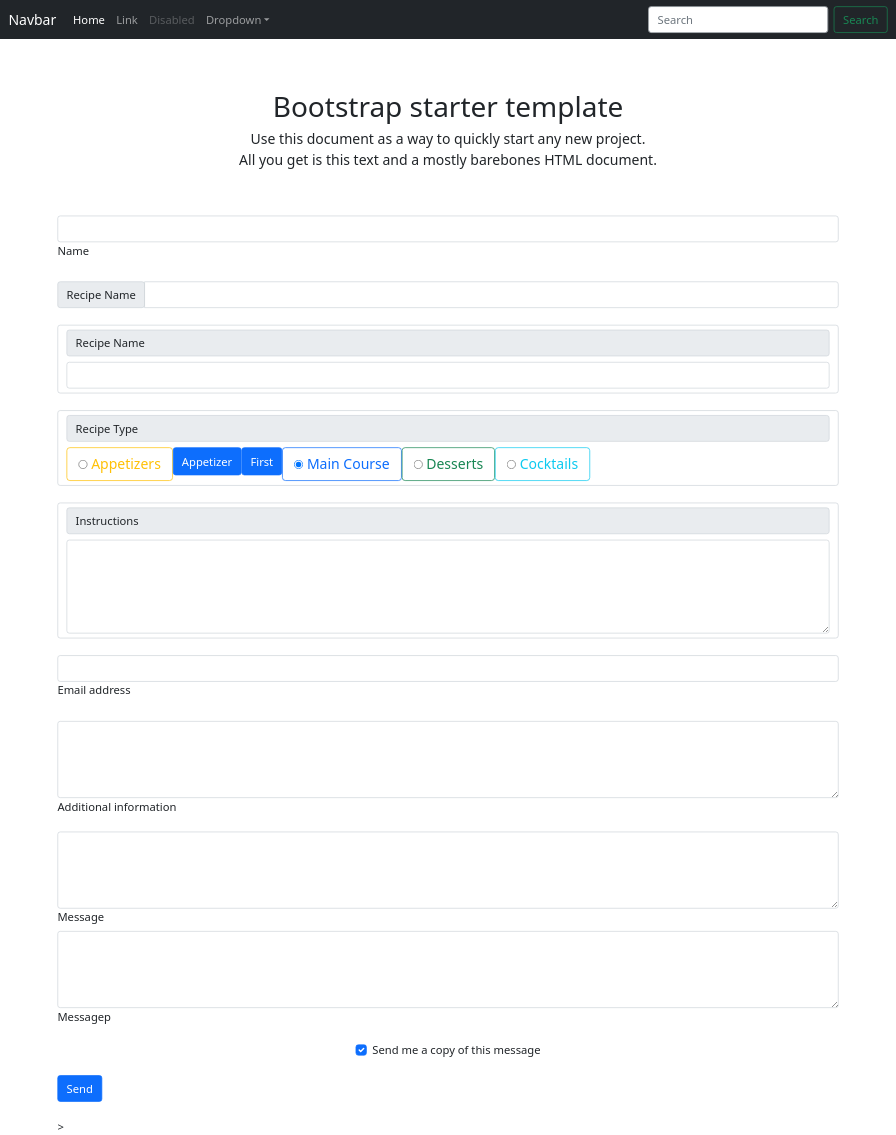
Repository: jerrywthompson/createRecipeWebpageHTML
Page: index.html
The author's editor kept a copy of each file at every save. The page is drawn from the files as they stood at one save, then again after the next save.
The browser window is 1280 px wide. The pictures show the whole page, at 70% of full size.

Above is the page before, as saved 2021-02-23 23:01:50.

### index.html
<!doctype html>
<html lang="en">
    <head>
        <meta charset="utf-8">
        <meta name="viewport" content="width=device-width, initial-scale=1">
        <meta name="description" content="">
        <meta name="author" content="Mark Otto, Jacob Thornton, and Bootstrap contributors">
        <meta name="generator" content="Hugo 0.80.0">
        <title>Starter Template · Bootstrap v5.0</title>

        <link rel="canonical" href="https://getbootstrap.com/docs/5.0/examples/starter-template/">



        <!-- Bootstrap core CSS -->
        <link href="../assets/dist/css/bootstrap.min.css" rel="stylesheet">

        <style>
            .bd-placeholder-img {
                font-size: 1.125rem;
                text-anchor: middle;
                -webkit-user-select: none;
                -moz-user-select: none;
                user-select: none;
            }

            @media (min-width: 768px) {
                .bd-placeholder-img-lg {
                    font-size: 3.5rem;
                }
            }
        </style>


        <!-- Custom styles for this template -->
        <link href="starter-template.css" rel="stylesheet">
    </head>
    <body>

        <nav class="navbar navbar-expand-md navbar-dark bg-dark fixed-top">
            <div class="container-fluid">
                <a class="navbar-brand" href="#">Navbar</a>
                <button class="navbar-toggler" type="button" data-bs-toggle="collapse" data-bs-target="#navbarsExampleDefault" aria-controls="navbarsExampleDefault" aria-expanded="false" aria-label="Toggle navigation">
                    <span class="navbar-toggler-icon"></span>
                </button>

                <div class="collapse navbar-collapse" id="navbarsExampleDefault">
                    <ul class="navbar-nav me-auto mb-2 mb-md-0">
                        <li class="nav-item">
                            <a class="nav-link active" aria-current="page" href="#">Home</a>
                        </li>
                        <li class="nav-item">
                            <a class="nav-link" href="#">Link</a>
                        </li>
                        <li class="nav-item">
                            <a class="nav-link disabled" href="#" tabindex="-1" aria-disabled="true">Disabled</a>
                        </li>
                        <li class="nav-item dropdown">
                            <a class="nav-link dropdown-toggle" href="#" id="dropdown01" data-bs-toggle="dropdown" aria-expanded="false">Dropdown</a>
                            <ul class="dropdown-menu" aria-labelledby="dropdown01">
                                <li><a class="dropdown-item" href="#">Action</a></li>
                                <li><a class="dropdown-item" href="#">Another action</a></li>
                                <li><a class="dropdown-item" href="#">Something else here</a></li>
                            </ul>
                        </li>
                    </ul>
                    <form class="d-flex">
                        <input class="form-control me-2" type="search" placeholder="Search" aria-label="Search">
                        <button class="btn btn-outline-success" type="submit">Search</button>
                    </form>
                </div>
            </div>
        </nav>



        <div class="starter-template text-center py-5 px-3">
            <h1>Bootstrap starter template</h1>
            <p class="lead">Use this document as a way to quickly start any new project.<br> All you get is this text and a mostly barebones HTML document.</p>
        </div>
        <main class="container">
            <div class="input-section">
                <fieldset class="form-group">

                    <form action="test.php" method="post">
                        <!-- Name input -->
                        <div class="form-outline mb-4">
                            <input type="text" name="recipeName" id="form4Example1" class="form-control" />
                            <label class="form-label" for="form4Example1">Name</label>
                        </div>

                        <div class="input-group mb-4">
                            <div class="input-group-prepend">
                                <span class="input-group-text" id="inputGroup-sizing-default">Recipe Name</span>
                            </div>
                            <input type="text" name="notes" class="form-control" aria-label="Default" aria-describedby="inputGroup-sizing-default">
                        </div>

                        <div class="form-control mb-4">
                            <div class="input-group-prepend mb-2">
                                <span class="input-group-text" id="inputGroup-sizing-default">Recipe Name</span>
                            </div>
                            <input type="text" name="notes" class="form-control" aria-label="Default" aria-describedby="inputGroup-sizing-default">
                        </div>

                        <div class="form-control mb-4">
                            <div class="input-group-prepend mb-2">
                                <span class="input-group-text" id="inputGroup-sizing-default">Recipe Type</span>
                            </div>
                            <div class="btn-toolbar pull-right">
                                <label class="btn btn-outline-warning btn-lg">
                                    <input type="radio" name="recipeType" id="appetizers" value="appetizers" autocomplete="off" > Appetizers
                                </label>
                                <button type="button" name="recipeType" id="appetizers" value="appetizers" autocomplete="off" class="btn btn-primary mr-5 ml-3 mb-2"> Appetizer</button>
                                <button type="button" class="btn btn-primary mr-2 mb-2">First</button>

                                <label class="btn btn-outline-primary btn-lg ml-3">
                                    <input type="radio" name="recipeType" id="main_course" value="main_course" autocomplete="off" checked> Main Course
                                </label>
                                <label class="btn btn-outline-success btn-lg">
                                    <input type="radio" name="recipeType" id="desserts" value="desserts" autocomplete="off"> Desserts
                                </label>
                                <label class="btn btn-outline-info btn-lg">
                                    <input type="radio" name="recipeType" id="cocktails" value="cocktails" autocomplete="off"> Cocktails
                                </label>
                            </div>
                        </div>

                        <div class="form-control mb-4">
                            <div class="input-group-prepend mb-2">
                                <span class="input-group-text">Instructions</span>
                            </div>
                            <textarea class="form-control" name="instrucions" id="instrucions" rows="5"></textarea>
                        </div>

                        <!-- Email input -->
                        <div class="form-outline mb-4">
                            <input type="email" id="form4Example2" class="form-control" />
                            <label class="form-label" for="form4Example2">Email address</label>
                        </div>

                        <div class="form-outline mb-4">
                            <textarea class="form-control" id="form6Example7" rows="4"></textarea>
                            <label class="form-label-prepend" >Additional information</label>
                        </div>

                        <div class="form-outline">
                            <textarea class="form-control" id="textAreaExample" rows="4"></textarea>
                            <label class="form-label" for="textAreaExample">Message</label>
                          </div>

                        <!-- Message input -->
                        <div class="form-outline mb-4">
                            <textarea class="form-control" name="comments" id="form4Example3" rows="4"></textarea>
                            <label class="form-label-prepend" for="form4Example3">Messagep</label>
                        </div>

                        <!-- Checkbox -->
                        <div class="form-check d-flex justify-content-center mb-4">
                            <input
                                class="form-check-input me-2"
                                type="checkbox"
                                value=""
                                id="form4Example4"
                                checked
                                />
                            <label class="form-check-label" for="form4Example4">
                                Send me a copy of this message
                            </label>
                        </div>

                        <!-- Submit button -->
                        <button type="submit" class="btn btn-primary btn-block mb-4">Send</button>
                    </form>

</fieldset>>




                    <script src="../assets/dist/js/bootstrap.bundle.min.js"></script>


                    </body>
                    </html>
                    <a href="../flask_db4/flaskblog/templates/create_post.html"></a>

Loaded but not shown: assets/dist/css/bootstrap.min.css (library); starter-template.css (common file); assets/dist/js/bootstrap.bundle.min.js (library)

After the next save:
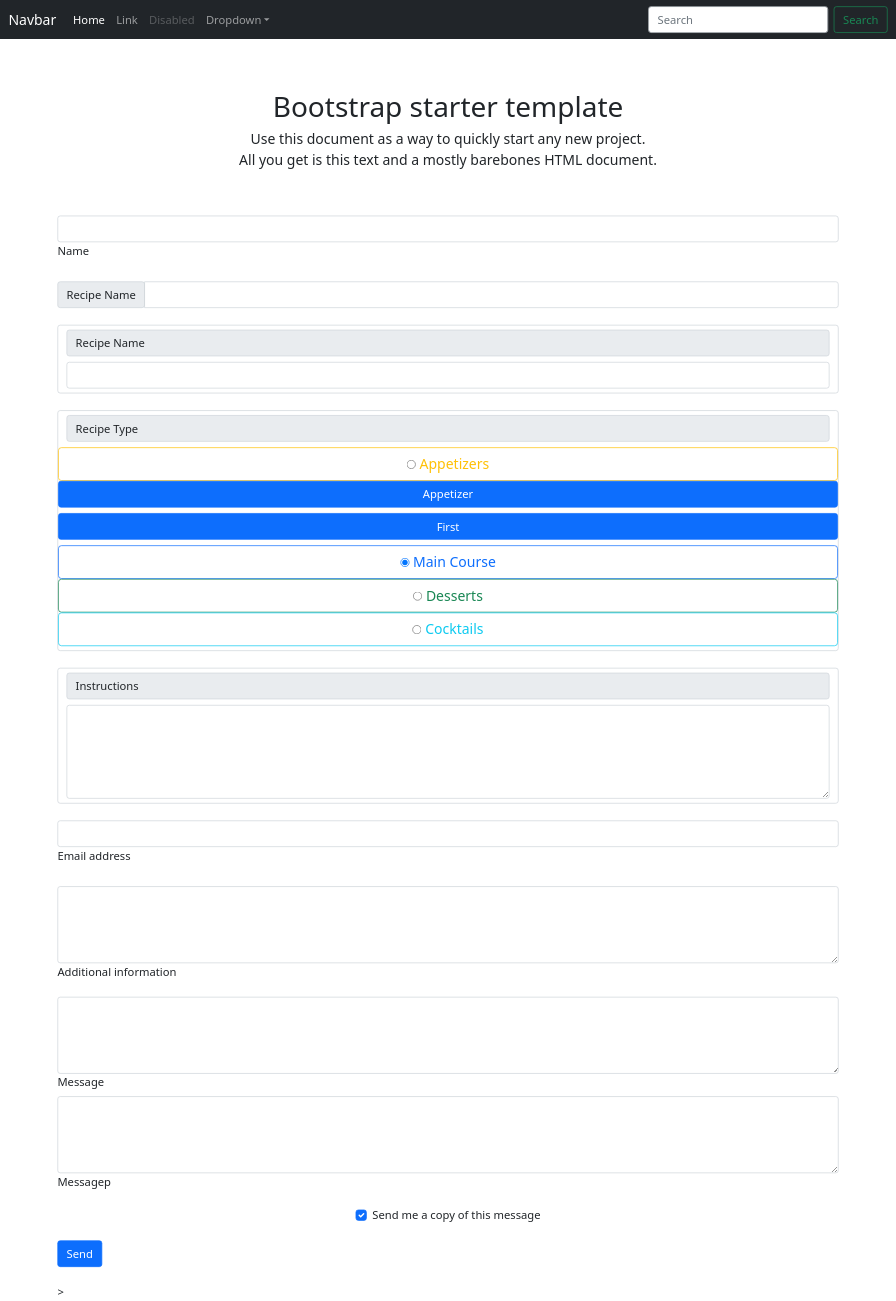
Saved 58 s later.
--- a/index.html
+++ b/index.html
@@ -107,7 +107,7 @@
                             <div class="input-group-prepend mb-2">
                                 <span class="input-group-text" id="inputGroup-sizing-default">Recipe Type</span>
                             </div>
-                            <div class="btn-toolbar pull-right">
+                            <div class="btn-toolbar row">
                                 <label class="btn btn-outline-warning btn-lg">
                                     <input type="radio" name="recipeType" id="appetizers" value="appetizers" autocomplete="off" > Appetizers
                                 </label>
